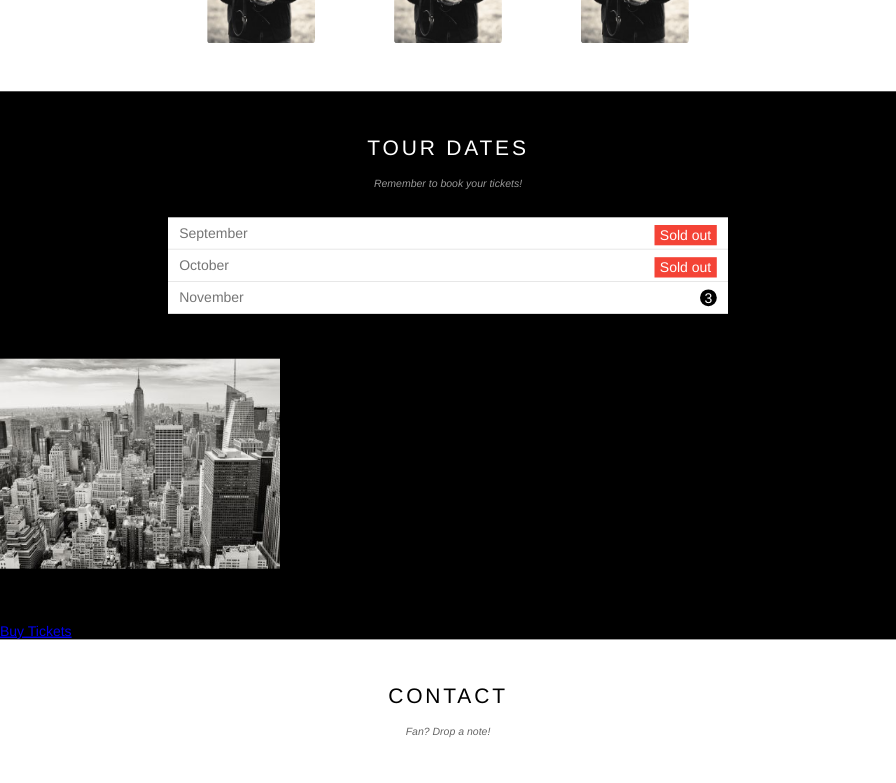
Repository: nugort/nugort.github.io
Page: f8/the-band/index.html
The author's editor kept a copy of each file at every save. The page is drawn from the files as they stood at one save, then again after the next save.
The browser window is 1280 px wide. The pictures show the part of the page from y = 1158 to 3078 px (the page is 2276 px tall before and 3078 px after), at 70% of full size.
Some web libraries are served in a nearby version.

Above is the page before, as saved 2022-02-08 05:11:53.

### f8/the-band/index.html
<!DOCTYPE html>
<html lang="en">

<head>
    <meta charset="UTF-8">
    <meta http-equiv="X-UA-Compatible" content="IE=edge">
    <meta name="viewport" content="width=device-width, initial-scale=1.0">
    <title>Document</title>
    <script src="https://kit.fontawesome.com/28e152e343.js" crossorigin="anonymous"></script>
    <link rel="stylesheet" href="./assets/css/styles.css">
</head>

<body>
    <div id="main">
        <!-- Header -->
        <div id="header">

            <!-- Navigation -->
            <ul id="nav">
                <li>
                    <a href="#">Home</a>
                </li>

                <li>
                    <a href="#">Band</a>
                </li>

                <li>
                    <a href="#">Tour</a>
                </li>

                <li>
                    <a href="#">Contact</a>
                </li>

                <li>
                    <a href="#">More <i class="fas fa-caret-down"></i></a>
                    <ul class="subnav">
                        <li>
                            <a href="#">Merchandise</a>
                        </li>

                        <li>
                            <a href="#">Extras</a>
                        </li>

                        <li>
                            <a href="#">Media</a>
                        </li>
                    </ul>
                </li>
            </ul>

            <!-- Search -->
            <div class="nav-search">
                <a href="#"><i class="nav-search-icon fas fa-search"></i></a>
            </div>
        </div>

        <!-- Slider -->
        <div id="slider">
            <div class="slider-text">
                <h3 class="slider-text-title">
                    Chicago
                </h3>
                <p class="slider-text-dsc">
                    Thank you, Chicago - A night we won't forget.
                </p>
            </div>
        </div>

        <!-- Content -->
        <div id="content">
            <!-- About -->
            <div class="content-section">
                <h2 class="content-section-title">
                    The Band
                </h2>
                <p class="content-section-slogan">
                    We love music
                </p>
                <p class="about-content-section content">We have created a fictional band website. Lorem ipsum dolor sit
                    amet, consectetur adipiscing elit, sed do eiusmod tempor incididunt ut labore et dolore magna
                    aliqua. Ut enim ad minim veniam, quis nostrud exercitation ullamco laboris nisi ut aliquip ex ea
                    commodo consequat. Duis aute irure dolor in reprehenderit in voluptate velit esse cillum dolore eu
                    fugiat nulla pariatur. Excepteur sint occaecat cupidatat non proident, sunt in culpa qui officia
                    deserunt mollit anim id est laborum consectetur adipiscing elit, sed do eiusmod tempor incididunt ut
                    labore et dolore magna aliqua. Ut enim ad minim veniam, quis nostrud exercitation ullamco laboris
                    nisi ut aliquip ex ea commodo consequat.</p>
                <div class="band-members">
                    <div class="member">
                        <p class="member-name">Name</p>
                        <img src="./assets/img/band-members/bandmember.jpg" alt="Name" class="member-avt">
                    </div>

                    <div class="member">
                        <p class="member-name">Name</p>
                        <img src="./assets/img/band-members/bandmember.jpg" alt="Name" class="member-avt">
                    </div>

                    <div class="member">
                        <p class="member-name">Name</p>
                        <img src="./assets/img/band-members/bandmember.jpg" alt="Name" class="member-avt">
                    </div>
                    <div class="clear"></div>
                </div>
            </div>

            <!-- Tour -->
            <div class="tour-section">
                <div class="content-section text-white">
                    <h2 class="content-section-title text-white">
                        TOUR DATES
                    </h2>
                    <p class="content-section-slogan">
                        Remember to book your tickets!
                    </p>

                    <!-- Tickets -->
                    <ul class="tickets-list">
                        <li>September <span class="sold-out">Sold out</span></li>
                        <li>October <span class="sold-out">Sold out</span></li>
                        <div class="clear"></div>
                        <li>November <span class="tickets-left">3</span></li>
                    </ul>
                </div>

                <!-- Tour places -->
                <div class="tour-places">
                    <div class="place">
                        <img src="./assets/img/tour-places/newyork.jpg" alt="New York" class="place-img">
                    </div>
                    <div class="place-body">
                        <h3 class="place-body-title">New York</h3>
                        <p class="place-time">Fri 27 Nov 2016</p>
                        <p class="place-content">Praesent tincidunt sed tellus ut rutrum sed vitae justo.</p>
                        <a href="#" class="place-buy-tickets">Buy Tickets</a>
                    </div>
                </div>
            </div>

            <!-- Contact -->
            <div class="content-section">
                <h2 class="content-section-title">
                    CONTACT
                </h2>
                <p class="content-section-slogan">
                    Fan? Drop a note!
                </p>
            </div>
        </div>

        <div id="footer">

        </div>
    </div>
</body>

</html>

### f8/the-band/assets/css/styles.css
/* 3 kiểu dùng css
- inline (phèn)
- internal (cũng phèn)
-external (đúng đúng đúng) */

/* Các đơn vị hay dùng
* Absolute units
- px
- pt
- cm
- mm
- inch
- picture

* Relative units
- %
- rem (bằng kích cỡ chữ của thẻ html - mặc định là 16px)
- em  (bằng kích cỡ chữ của thẻ cha chứa nó gần nhất có set font-size)
- vw (chiều rộng bằng chiều ngang của màn hình hiển thị)
- vh (chiều cao bằng chiều dọc của màn hình hiển thị) */

/* Hàm trong css
- var(): gọi biến vào
- linearGradient()
- rgba()
- rgb
- calc(): tính toán
- attr() */

/* Pseudo-classes (lớp giả) */

:root {
    --text-color: #FFFFFF;
    --background-color: #00171F;
    --button-color: #003459;
    --other-color: #007EA7;
    --button-2nd-color: #00A8E8;
    --nav-heigh: 46px;
}  /* Đặt biến giống trong ngôn ngữ lập trình khác thôi =))) */

* {
    box-sizing: border-box;
    margin: 0;
    padding: 0;
} /* reset css */

html {
    font-family: Helvetica, sans-serif;
    font-size: 20px;
}
/*
Chọn cùng lúc nhiều Class, ID đưa qua css
Bôi đen điểm chung -> CTRL +  SHIFT + L -> Mũi tên qua phải ( > ) -> CTRL + SHIFT + ( > ) -> CTRL + C
-> Qua file css paste -> ALT + CLICK  -> # -> CTRL + ( > ) -> {}
 */

/*
1. Làm từ ngoài vào trong
2. Làm từ trên xuống dưới
3. Từ tổng quan đến chi tiết
*/

/*
1. Vị trí (Vị trí các phần; Header, Content, ...)
2. Kích thước
3. Màu sắc
4. Styles (Fonts chữ, tròn, vuông, ...)
*/

/*
Chiếc web này gồm
1. Header (Done)
    1.1. Navigation (Done)
    1.2. Search button  (Done)
2. Slider (Done)
3. Content
    3.1. About
    3.2. Tour
    3.3. Contact
    3.4. Img
4. Footer
*/

.clear {
    content: " ";
    clear: both;
}

.text-white {
    color: #FFF !important;
}

#main{

}

#header{
    position: fixed;
    top: 0px;
    left: 0px;
    right: 0px;
    background-color: black;
    height: var(--nav-heigh);
    z-index: 1;
}

#nav {
    display: inline-block;
}

#nav, .subnav {
    list-style-type: none;
}

#nav > li {
    display: inline-block;
}

#nav  li {
    position: relative;
}

#nav > li > a {
    color: #FFFFFF;
    text-transform: uppercase;
}

#nav li a {
    text-decoration: none;
    line-height: var(--nav-heigh);
    padding: 0px 24px;
    /* padding: 12px 24px; */
}

#nav > li:hover .subnav {
    display: block;
}

#nav > li:hover > a {
    display: inline-block;
    color: #000;
    background-color: #CCC;
}

#nav .subnav {
    display: none;
    position: absolute;
    top: 100%;
    left: 0px;
    background-color: #FFF;
    color: #000;
    box-shadow: 0 0 10px rgba(0, 0, 0, 0.3);
}

#nav .subnav a {
    display: block;
    color: #000;
    min-width: 160px;
    padding: 0px 12px;
    line-height: 38px ;
}

#nav .subnav li:hover a {
    color: #000;
    background-color: #CCC;
}

#header .nav-search {
    display: inline-block;
    float: right;
    line-height: var(--nav-heigh);
    padding: 0px 16px ;
}

#header .nav-search a {
    color: #FFF;
}

#header .nav-search:hover {
    background-color: #F44336 !important;
    cursor: pointer;
}

#slider {
    /* background-color: #CCC;
    height: 1000px; */
    position: relative;
    margin-top: var(--nav-heigh);
    padding-top: 50%;
    background: url('/the-band/assets/img/slider-1/chicago.jpg') top center / cover, no-repeat;
    /* https://youtu.be/BmkVXoKoqVA?t=640 */
}

#slider .slider-text{
    color: #FFF;
    position: absolute;
    bottom: 48px;
    /* left: 50%;
    transform: translateX(-50%); */

    /* left: 0px;
    right: 0px; */

    width: 100%;
    text-align: center;
}

#slider .slider-text-title{
    font-size: 220%;
    font-weight: 500;
    font-style: 24px;
    margin-bottom: 25px;
}

#slider .slider-text-dsc{
    font-style: 15px;
}


#content {

}

#content .content-section {
    width: 800px;
    margin: auto;
    padding: 64px 0px;
}

#content .content-section-title {
    font-weight: 500;
    font-size: 30px;
    text-transform: uppercase;
    letter-spacing: 4px;

}

#content .content-section-slogan {
    font-style: italic;
    font-size: 15px;
    margin-top: 25px;
    opacity: 0.6;
}

#content .about-content-section.content {
    font-size: 15px;
    margin-top: 25px;
    text-align: justify;
    line-height: 1.5;
}

#content .content-section-title,
#content .content-section-slogan {
    text-align: center;
}

#content .band-members{
    margin-top: 48px;
}

#content .member {
    text-align: center;
    float: left;
    width: calc(100% / 3);
}

#content .member-name {
    font-size: 15px;
}

#content .member-avt {
    margin-top: 15px;
    width: 154px;
    border-radius: 4px;
}


.tour-section {
    background-color: #000;
}

.tickets-list {
    margin-top: 40px;
    color: #000;
    background-color: #FFF;
}

.tickets-list li {
    list-style: none;
    color: #757575;
    font: 15px;
    padding: 11px 16px;
    border-bottom: 1px solid #DDD;
}

.tickets-list .sold-out {
    float: right;
    color: #FFF;
    background-color: #F44336;
    padding: 3px 8px;

}

.tickets-list .tickets-left {
    float: right;
    color: #FFF;
    background-color: #000;
    border-radius: 50%;
    width: 24px;
    height: 24px;
    text-align: center;
    line-height: 24px;
}

#footer {

}

After the next save:
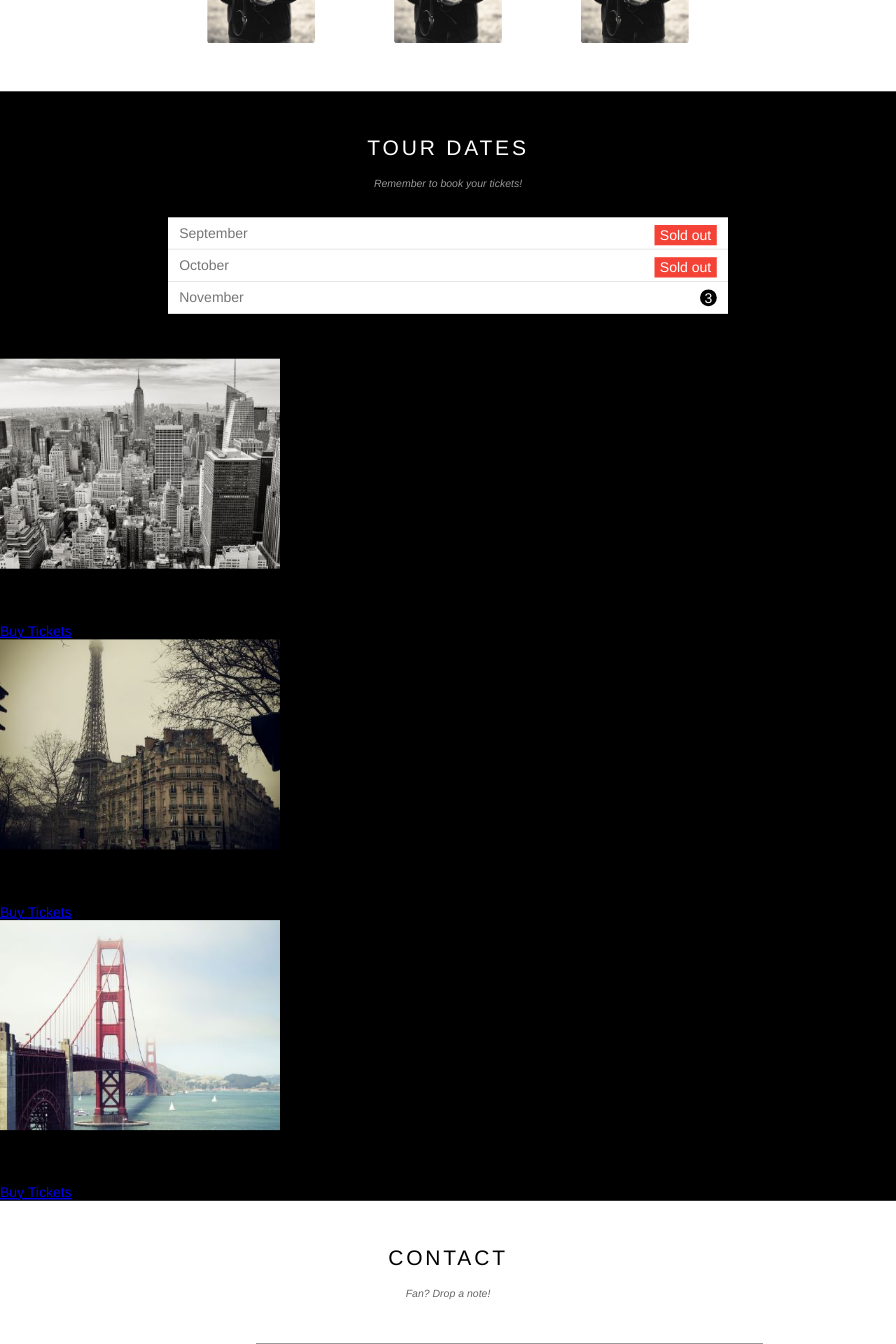
Saved 2 min 14 s later.
--- a/f8/the-band/index.html
+++ b/f8/the-band/index.html
@@ -136,6 +136,26 @@
                         <p class="place-content">Praesent tincidunt sed tellus ut rutrum sed vitae justo.</p>
                         <a href="#" class="place-buy-tickets">Buy Tickets</a>
                     </div>
+
+                    <div class="place">
+                        <img src="./assets/img/tour-places/paris.jpg" alt="Paris" class="place-img">
+                    </div>
+                    <div class="place-body">
+                        <h3 class="place-body-title">Paris</h3>
+                        <p class="place-time">Sat 28 Nov 2016</p>
+                        <p class="place-content">Praesent tincidunt sed tellus ut rutrum sed vitae justo.</p>
+                        <a href="#" class="place-buy-tickets">Buy Tickets</a>
+                    </div>
+
+                    <div class="place">
+                        <img src="./assets/img/tour-places/sanfran.jpg" alt="San Francisco" class="place-img">
+                    </div>
+                    <div class="place-body">
+                        <h3 class="place-body-title">San Francisco</h3>
+                        <p class="place-time">Sun 29 Nov 2016</p>
+                        <p class="place-content">Praesent tincidunt sed tellus ut rutrum sed vitae justo.</p>
+                        <a href="#" class="place-buy-tickets">Buy Tickets</a>
+                    </div>
                 </div>
             </div>
 
